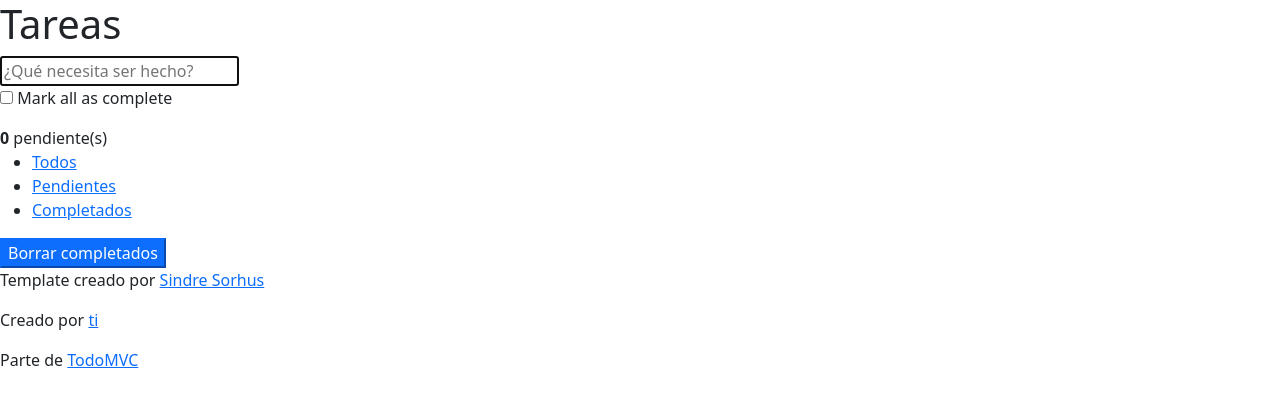
Repository: osneida/lista-tareas-curso-javascript
Page: src/index.html
An editor plug-in stored every save of this project. The page is shown before and after the next save, followed by the edit.
The browser window is 1280 px wide. The pictures show the whole page.

Above is the page before, as saved 2021-08-03 22:24:05.

After the next save:
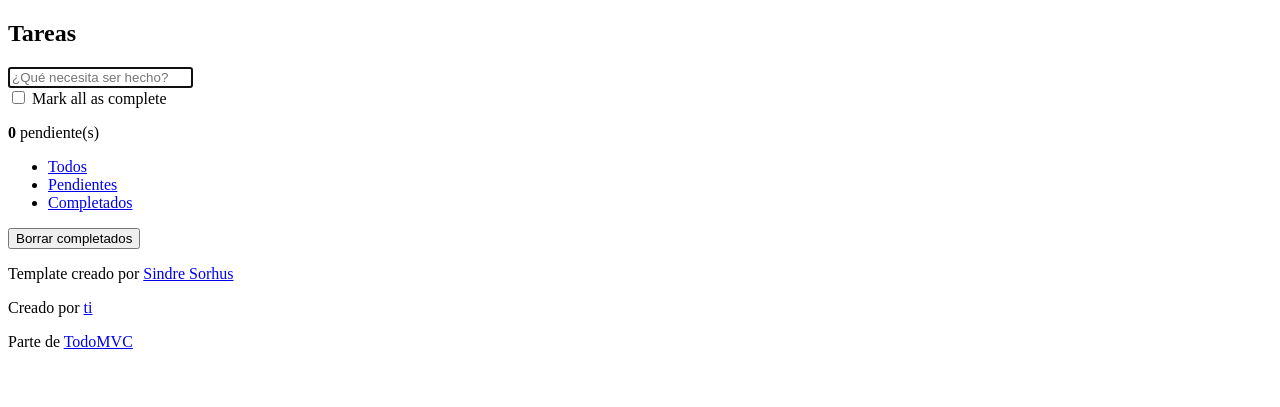
Saved 22 s later.
--- a/src/index.html
+++ b/src/index.html
@@ -3,7 +3,7 @@
 	<head>
 		<meta charset="utf-8">
 		<meta name="viewport" content="width=device-width, initial-scale=1">
-		<link href="https://cdn.jsdelivr.net/npm/bootstrap@5.0.2/dist/css/bootstrap.min.css" rel="stylesheet" integrity="sha384-EVSTQN3/azprG1Anm3QDgpJLIm9Nao0Yz1ztcQTwFspd3yD65VohhpuuCOmLASjC" crossorigin="anonymous">
+
 		<title>Template • TodoMVC</title>
 	</head>
 	<body>
@@ -54,7 +54,7 @@
 					</li>
 				</ul>
 				<!-- Hidden if no completed items are left ↓ -->
-				<button class="clear-completed bt btn-primary">Borrar completados</button>
+				<button class="clear-completed">Borrar completados</button>
 			</footer>
 		</section>
 		<footer class="info">
